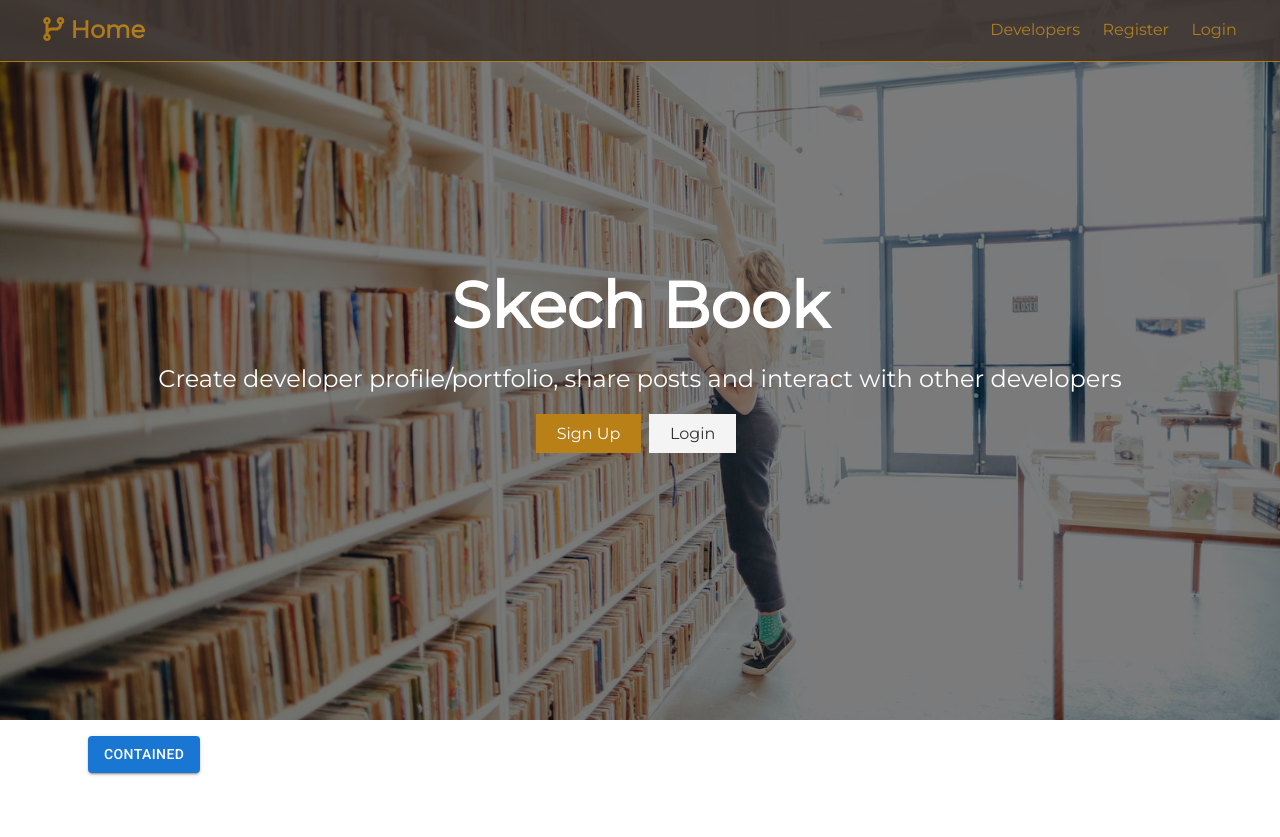
Repository: devnight0913/skechbook
Page: / (app in client/)
These files come from the project's save history. The page is drawn as it stood at one moment and after the next save; the edit follows.
The browser window is 1280 px wide. The pictures show the whole page.
Some web libraries are served in a nearby version. The project was rebuilt for these pictures with package versions that can differ from the ones it lists, and the page was loaded fresh each time. Also part of the build but not shown: client/src/components/auth/Login.js, client/src/components/auth/Register.js, client/src/components/dashboard/DashboardActions.js, client/src/actions/profile.js, client/src/utils/formatDate.js, client/src/components/dashboard/Experience.js, client/src/components/dashboard/Education.js, client/src/components/dashboard/Dashboard.js and 22 more.

Above is the page before, as saved 2023-07-24 14:06:25.

After the next save:
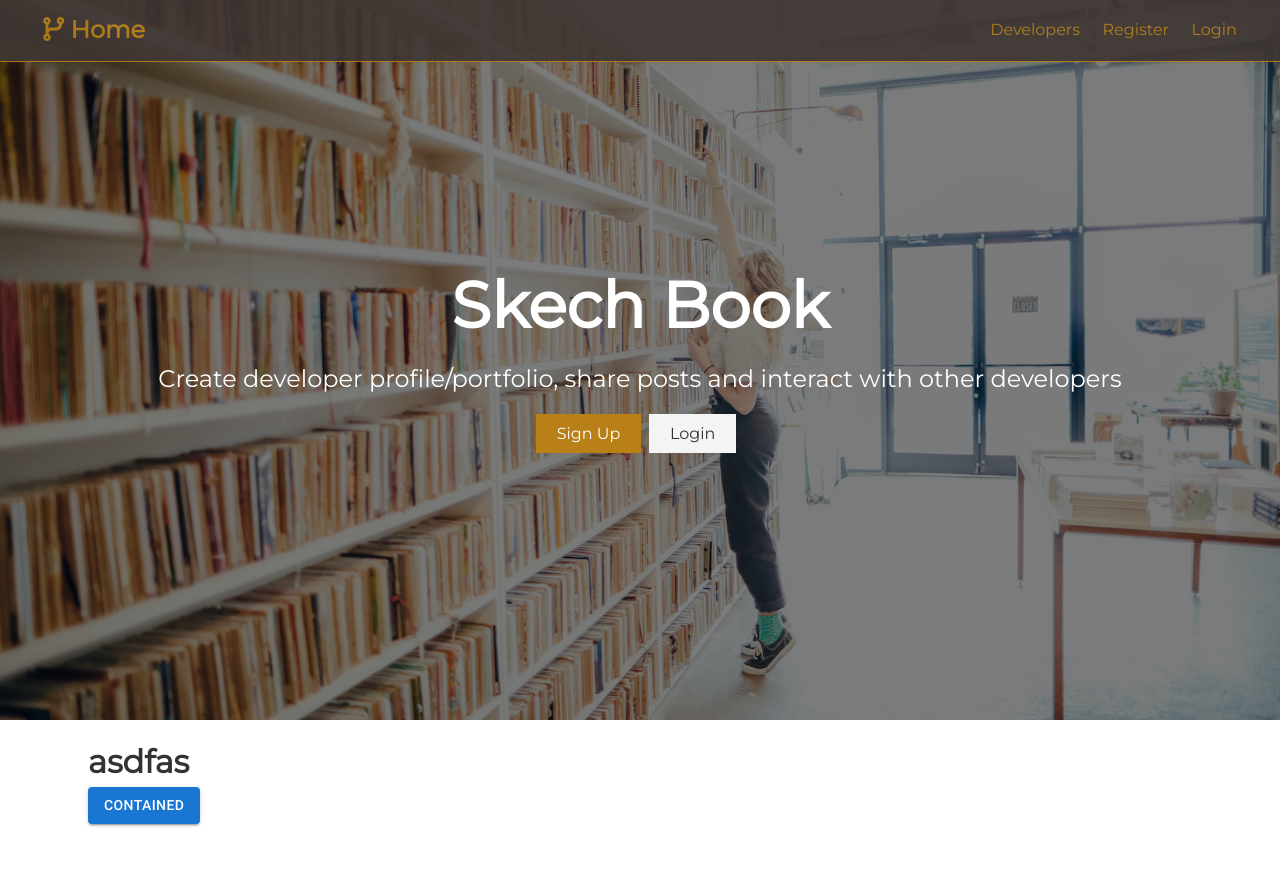
Saved 14 s later.
--- a/client/src/components/layout/Footer.js
+++ b/client/src/components/layout/Footer.js
@@ -26,7 +26,7 @@ const Footer = ({ books, loadBook }) => {
             );
           })}
         </Grid>
-        <h1></h1>
+        <h1>asdfas</h1>
         <Button variant="contained">Contained</Button>
       </Container>
     </div>
